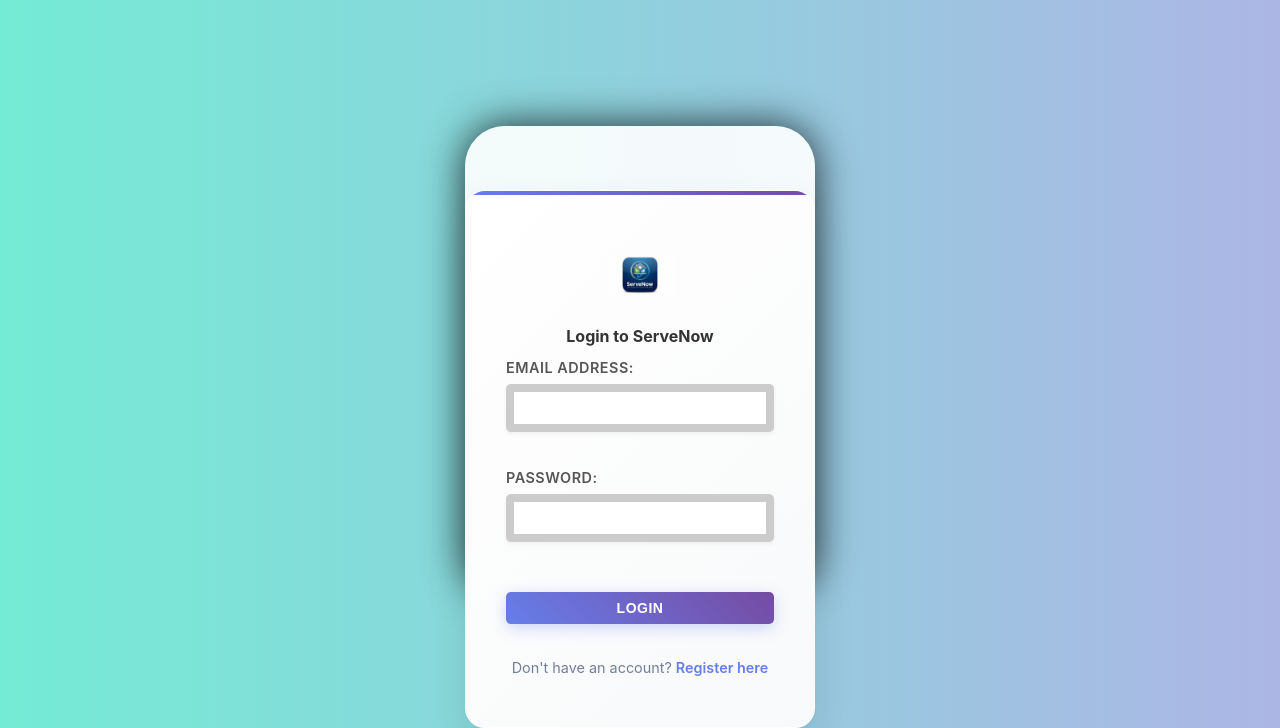
Repository: onenet786/servenow
Page: login.html
The author's editor kept a copy of each file at every save. The page is drawn from the files as they stood at one save, then again after the next save.
The browser window is 1280 px wide. The pictures show the whole page.

Above is the page before, as saved 2025-12-14 19:41:01.

After the next save:
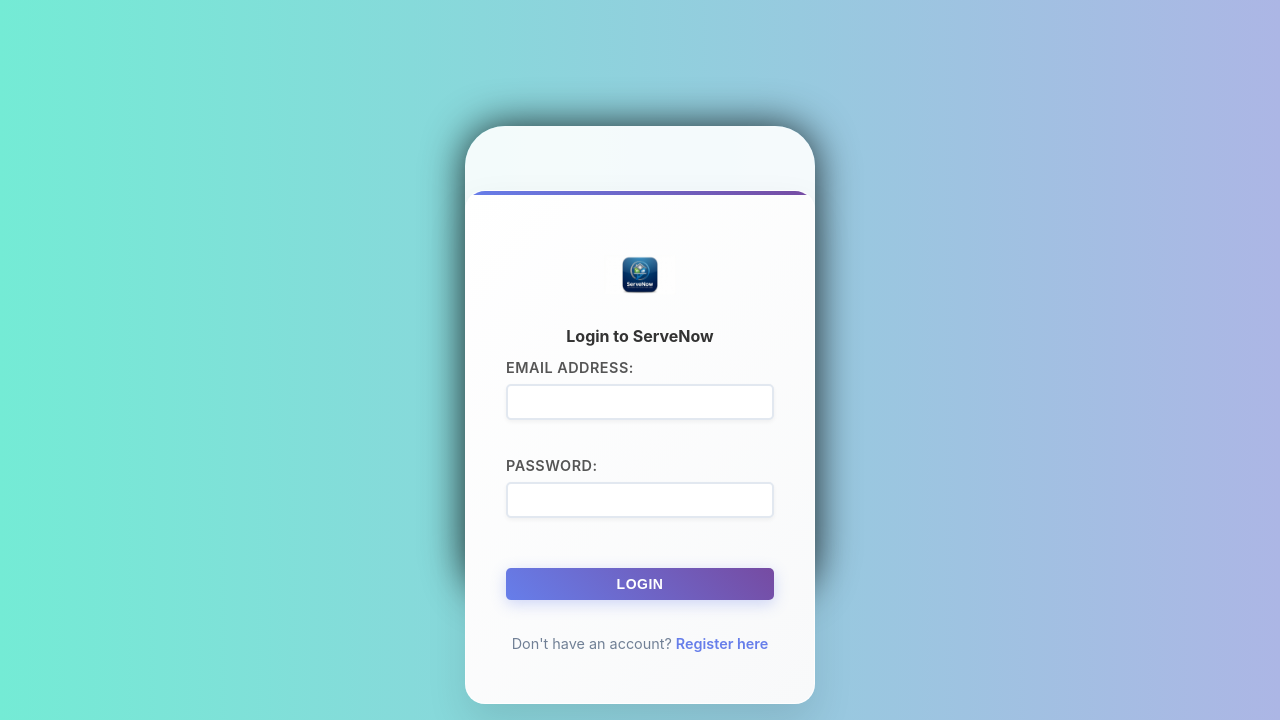
Saved 17 s later.
--- a/login.html
+++ b/login.html
@@ -83,7 +83,7 @@
         .form-group input {
             width: 100%;
             padding: 6px;
-            border: 8px solid #ccc;
+            border: px solid #ccc;
             border-radius: 5px;
         }
 
